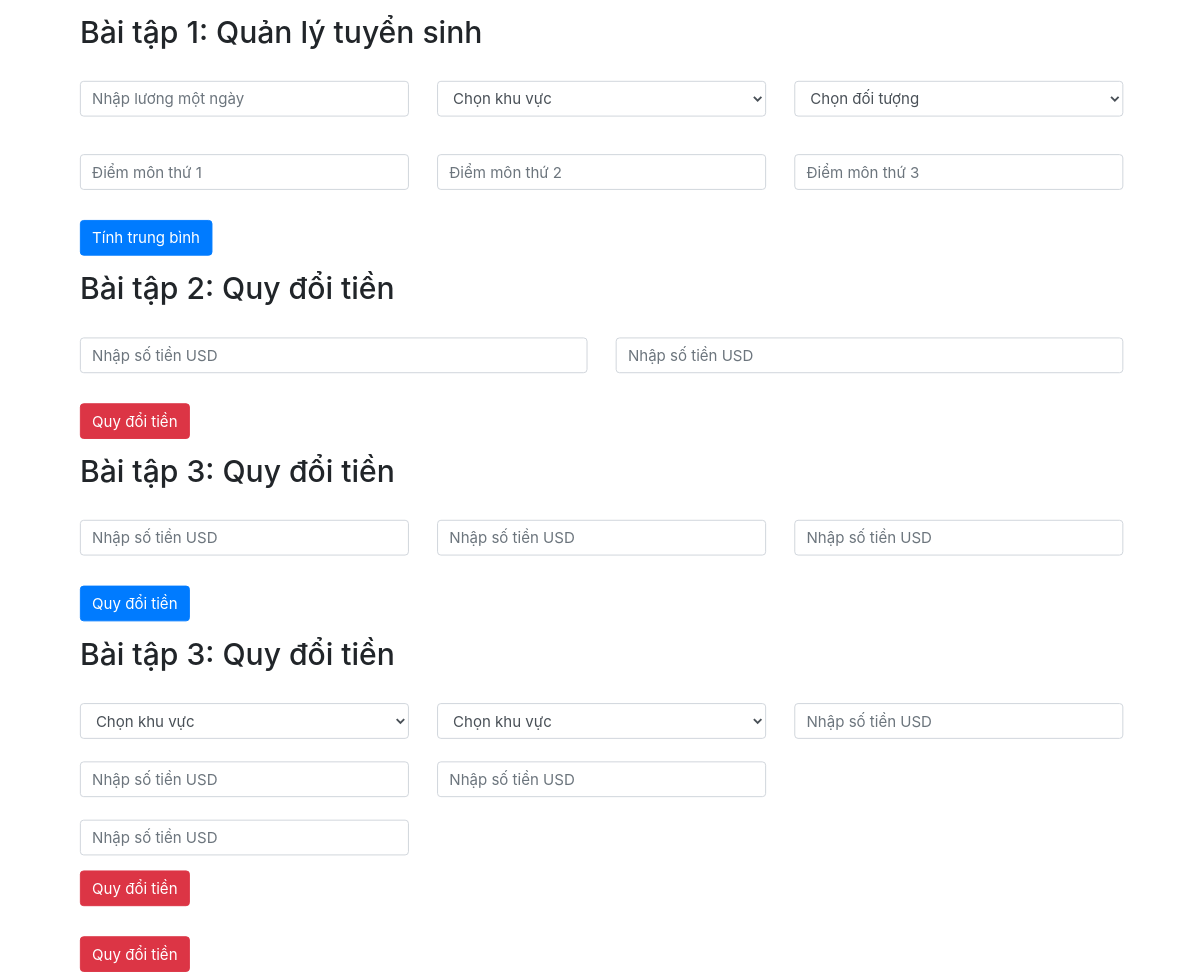
Repository: thanhfrankie/BC10-LeMinhThanh-Js-b5
Page: index.html
The author's editor kept a copy of each file at every save. The page is drawn from the files as they stood at one save, then again after the next save.
The browser window is 1280 px wide. The pictures show the whole page, at 94% of full size.

Above is the page before, as saved 2023-12-15 17:39:19.

### index.html
<!doctype html>
<html lang="en">
  <head>
    <title>Title</title>
    <!-- Required meta tags -->
    <meta charset="utf-8">
    <meta name="viewport" content="width=device-width, initial-scale=1, shrink-to-fit=no">

    <!-- Bootstrap CSS -->
    <link rel="stylesheet" href="https://stackpath.bootstrapcdn.com/bootstrap/4.3.1/css/bootstrap.min.css" integrity="sha384-ggOyR0iXCbMQv3Xipma34MD+dH/1fQ784/j6cY/iJTQUOhcWr7x9JvoRxT2MZw1T" crossorigin="anonymous">
  </head>
  <body>
   <!-- Bài tập 1 -->
   <div class="container ">
    <h2 class="mt-3">Bài tập 1: Quản lý tuyển sinh</h2>
    <div class="row">
        <div class="col-sm-4">
            <div class="form-group">
                <label for="luong-mot-ngay"></label>
                <input
                  type="number"
                  class="form-control"
                  name=""
                  id="luong-mot-ngay"
                  aria-describedby="helpId"
                  placeholder="Nhập lương một ngày"
                  required
                />
        </div>
    </div>
        <div class="col-sm-4">
            <div class="form-group">
                <label for=""></label>
                <select class="form-control" id="">
                    <option selected>Chọn khu vực</option>
                    <option>A</option>
                    <option>B</option>
                    <option>C</option>
                </select>
            </div>
        </div>
        <div class="col-sm-4">
            <div class="form-group">
                <label for=""></label>
                <select class="form-control" id="">
                    <option selected>Chọn đối tượng</option>
                    <option>1</option>
                    <option>2</option>
                    <option>3</option>
                </select>
            </div>
        </div>
    </div>
   <div class="row">
        <div class="col-sm-4">
            <div class="form-group">
                <label for="diem-mon-thu-1"></label>
                <input
                  type="number"
                  class="form-control"
                  name=""
                  id="diem-mon-thu-1"
                  aria-describedby="helpId"
                  placeholder="Điểm môn thứ 1"
                  required
                />
        </div>
        </div>
        <div class="col-sm-4">
            <div class="form-group">
                <label for="diem-mon-thu-2"></label>
                <input
                  type="number"
                  class="form-control"
                  name=""
                  id="diem-mon-thu-2"
                  aria-describedby="helpId"
                  placeholder="Điểm môn thứ 2"
                  required
                />
        </div>
        </div>
        <div class="col-sm-4">
            <div class="form-group">
                <label for="diem-mon-thu-3"></label>
                <input
                  type="number"
                  class="form-control"
                  name=""
                  id="diem-mon-thu-3"
                  aria-describedby="helpId"
                  placeholder="Điểm môn thứ 3"
                  required
                />
        </div>
        </div>
    </div>
    <button type="button" onclick="tinhTrungBinh()" class="btn btn-primary mt-3">
        Tính trung bình
      </button>
      <h3 id="ket-qua-trung-binh" class="text-success"></h3>
</div>
       <!-- Bài tập 2 -->
       <div class="container">
        <h2 class="mt-3">Bài tập 2: Quy đổi tiền</h2>
        <div class="row">
            <div class="col-sm-6">
                <div class="form-group">
                    <label for="so-luong-USD"></label>
                    <input
                      type="number"
                      class="form-control"
                      name=""
                      id="so-luong-USD"
                      aria-describedby="helpId"
                      placeholder="Nhập số tiền USD"
                      required
                    />


                  </div>
            </div>
            <div class="col-sm-6">
                <div class="form-group">

                    <label for="so-luong-USD"></label>
                    <input
                      type="number"
                      class="form-control"
                      name=""
                      id="so-luong-USD"
                      aria-describedby="helpId"
                      placeholder="Nhập số tiền USD"
                      required
                    />


            </div>
        </div>
    </div>
    <button type="button" onclick="quyDoiTien()" class="btn btn-danger mt-3">  Quy đổi tiền
    </button>

        <h3 id="so-luong-VND" class="text-success"></h3>
      </div>
        <!-- Bài tập 3-->
        <div class="container">
            <h2 class="mt-3">Bài tập 3: Quy đổi tiền</h2>
            <div class="row">
                <div class="col-sm-4">    <div class="form-group">
                    <label for="so-luong-USD"></label>
                    <input
                      type="text"
                      class="form-control"
                      name=""
                      id="so-luong-USD"
                      aria-describedby="helpId"
                      placeholder="Nhập số tiền USD"
                      required
                    />

                </div></div>
                <div class="col-sm-4">    <div class="form-group">

                  <label for="so-luong-USD"></label>
                  <input
                    type="number"
                    class="form-control"
                    name=""
                    id="so-luong-USD"
                    aria-describedby="helpId"
                    placeholder="Nhập số tiền USD"
                    required
                  />

                </div></div>
                <div class="col-sm-4">    <div class="form-group">

                  <label for="so-luong-USD"></label>
                  <input
                    type="number"
                    class="form-control"
                    name=""
                    id="so-luong-USD"
                    aria-describedby="helpId"
                    placeholder="Nhập số tiền USD"
                    required
                  />


            </div></div>
        </div>
        <button type="button" onclick="quyDoiTien()" class="btn btn-primary mt-3">
            Quy đổi tiền
        </button>
            <h3 id="so-luong-VND" class="text-success"></h3>
          </div>
        <!-- Bài tập 4-->
        <div class="container">
            <h2 class="mt-3">Bài tập 3: Quy đổi tiền</h2>
            <div class="row">
                <div class="col-sm-4"> <div class="form-group">
                    <label for=""></label>
                    <select class="form-control" id="">
                        <option selected>Chọn khu vực</option>
                        <option>A</option>
                        <option>B</option>
                        <option>C</option>
                    </select>
                    <label for="so-luong-USD"></label>
                    <input
                      type="text"
                      class="form-control"
                      name=""
                      id="so-luong-USD"
                      aria-describedby="helpId"
                      placeholder="Nhập số tiền USD"
                      required
                    />

                  <label for="so-luong-USD"></label>
                  <input
                    type="number"
                    class="form-control"
                    name=""
                    id="so-luong-USD"
                    aria-describedby="helpId"
                    placeholder="Nhập số tiền USD"
                    required
                  />

                  <button type="button" onclick="quyDoiTien()" class="btn btn-danger mt-3">
                   Quy đổi tiền
                  </button>
                </div></div>
                <div class="col-sm-4"> <div class="form-group">
                    <label for=""></label>
                    <select class="form-control" id="">
                        <option selected>Chọn khu vực</option>
                        <option>A</option>
                        <option>B</option>
                        <option>C</option>
                    </select>
                    <label for="so-luong-USD"></label>
                    <input
                      type="text"
                      class="form-control"
                      name=""
                      id="so-luong-USD"
                      aria-describedby="helpId"
                      placeholder="Nhập số tiền USD"
                      required
                    />




                </div></div>
                <div class="col-sm-4"> <div class="form-group">
                  <label for="so-luong-USD"></label>
                  <input
                    type="number"
                    class="form-control"
                    name=""
                    id="so-luong-USD"
                    aria-describedby="helpId"
                    placeholder="Nhập số tiền USD"
                    required
                  />

                </div></div>
            </div>
            <button type="button" onclick="quyDoiTien()" class="btn btn-danger mt-3">
             Quy đổi tiền
            </button>

            <h3 id="so-luong-VND" class="text-success"></h3>
          </div>


    <!-- Optional JavaScript -->
    <!-- jQuery first, then Popper.js, then Bootstrap JS -->
    <script src="https://code.jquery.com/jquery-3.3.1.slim.min.js" integrity="sha384-q8i/X+965DzO0rT7abK41JStQIAqVgRVzpbzo5smXKp4YfRvH+8abtTE1Pi6jizo" crossorigin="anonymous"></script>
    <script src="https://cdnjs.cloudflare.com/ajax/libs/popper.js/1.14.7/umd/popper.min.js" integrity="sha384-UO2eT0CpHqdSJQ6hJty5KVphtPhzWj9WO1clHTMGa3JDZwrnQq4sF86dIHNDz0W1" crossorigin="anonymous"></script>
    <script src="https://stackpath.bootstrapcdn.com/bootstrap/4.3.1/js/bootstrap.min.js" integrity="sha384-JjSmVgyd0p3pXB1rRibZUAYoIIy6OrQ6VrjIEaFf/nJGzIxFDsf4x0xIM+B07jRM" crossorigin="anonymous"></script>
    <script src="./index.js"></script>
  </body>
</html>

### index.js
// Bài tập 1
/**
 * B1: tạo biến, lấy giá trị từ input
 * B2: Tính lương
 * + tạo biến để tính lương: lương 1 ngày * số ngày làm
 * + gán sự kiện click cho button
 * B3: hiển thị kết quả
 */





// Bài tập 2
/**
 * B1: tạo biến, lấy giá trị từ input
 * B2: Tính lương
 * + tạo biến để tính lương: lương 1 ngày * số ngày làm
 * + gán sự kiện click cho button
 * B3: hiển thị kết quả
 */




// Bài tập 3
/**
 * B1: tạo biến, lấy giá trị từ input
 * B2: Tính lương
 * + tạo biến để tính lương: lương 1 ngày * số ngày làm
 * + gán sự kiện click cho button
 * B3: hiển thị kết quả
 */

After the next save:
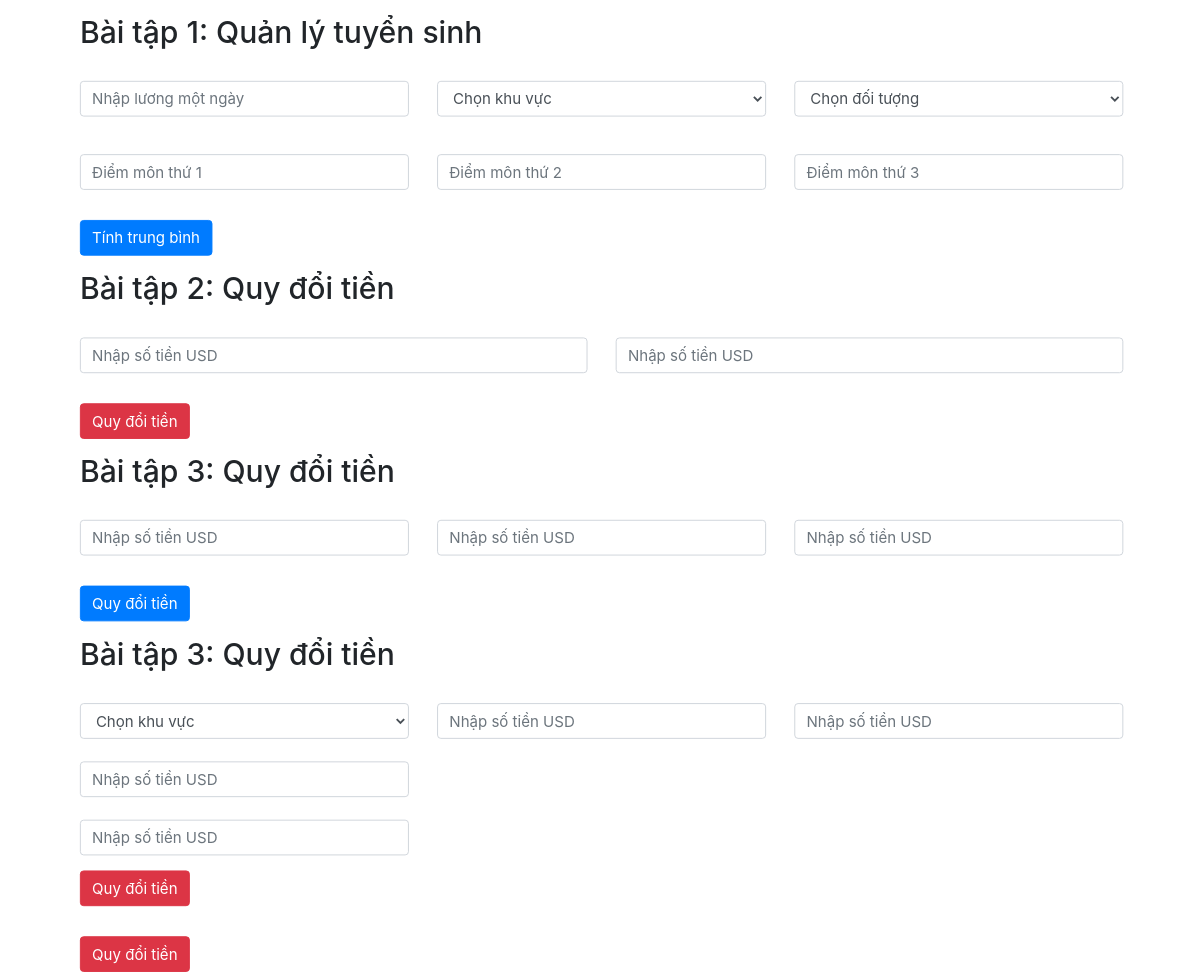
Saved 4 s later.
--- a/index.html
+++ b/index.html
@@ -234,13 +234,7 @@
                   </button>
                 </div></div>
                 <div class="col-sm-4"> <div class="form-group">
-                    <label for=""></label>
-                    <select class="form-control" id="">
-                        <option selected>Chọn khu vực</option>
-                        <option>A</option>
-                        <option>B</option>
-                        <option>C</option>
-                    </select>
+
                     <label for="so-luong-USD"></label>
                     <input
                       type="text"
